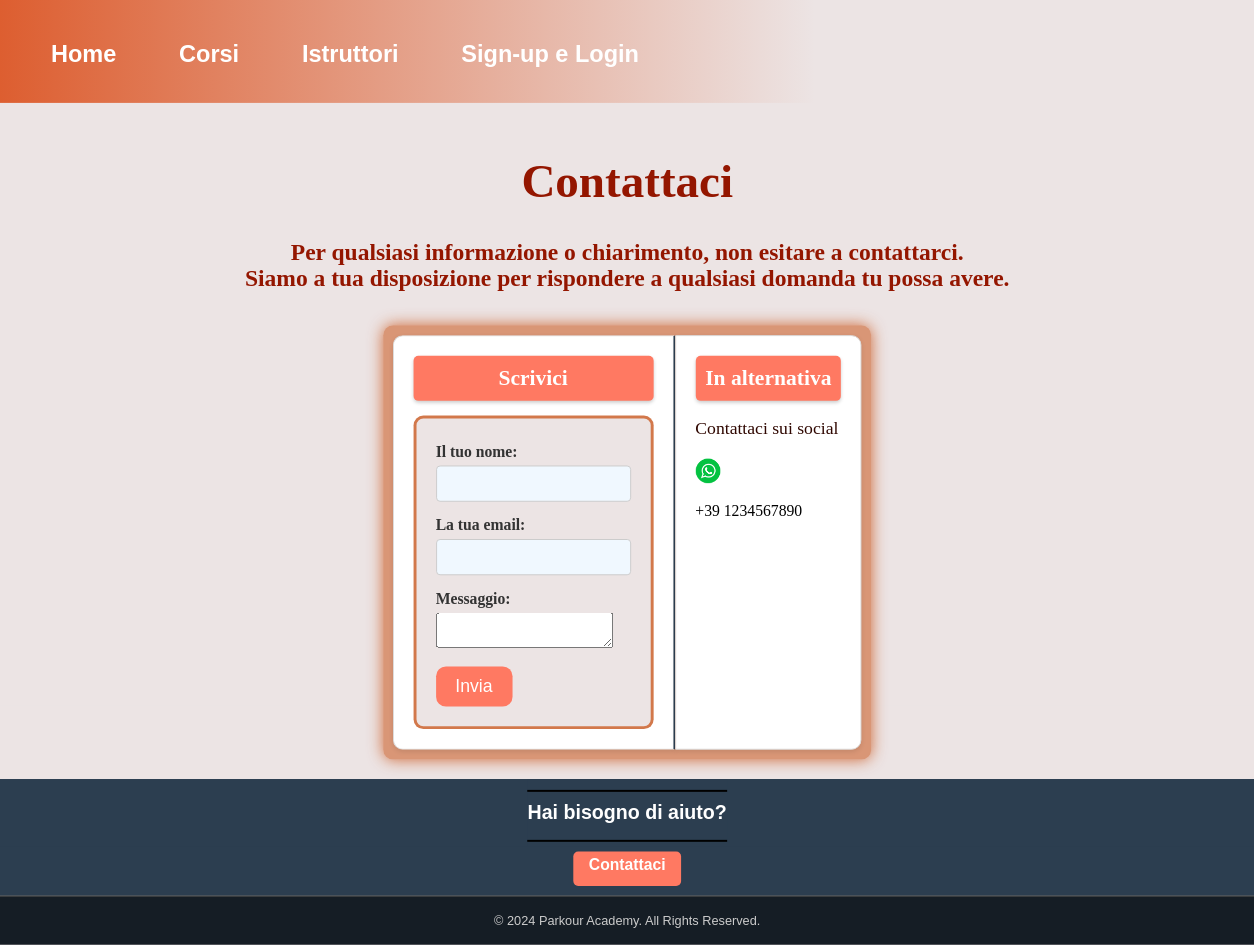
Repository: GiuuGpEEp/TerzoAnnoUni
Page: http://localhost/ContactUs/contact.php
An editor plug-in stored every save of this project. The page is shown before and after the next save, followed by the edit.
The browser window is 1280 px wide. The pictures show the whole page, at 98% of full size.
The page is run by PHP 8.4 with error messages shown; the project is at /var/www/html/.

Above is the page before, as saved 2025-01-13 15:43:03.

After the next save:
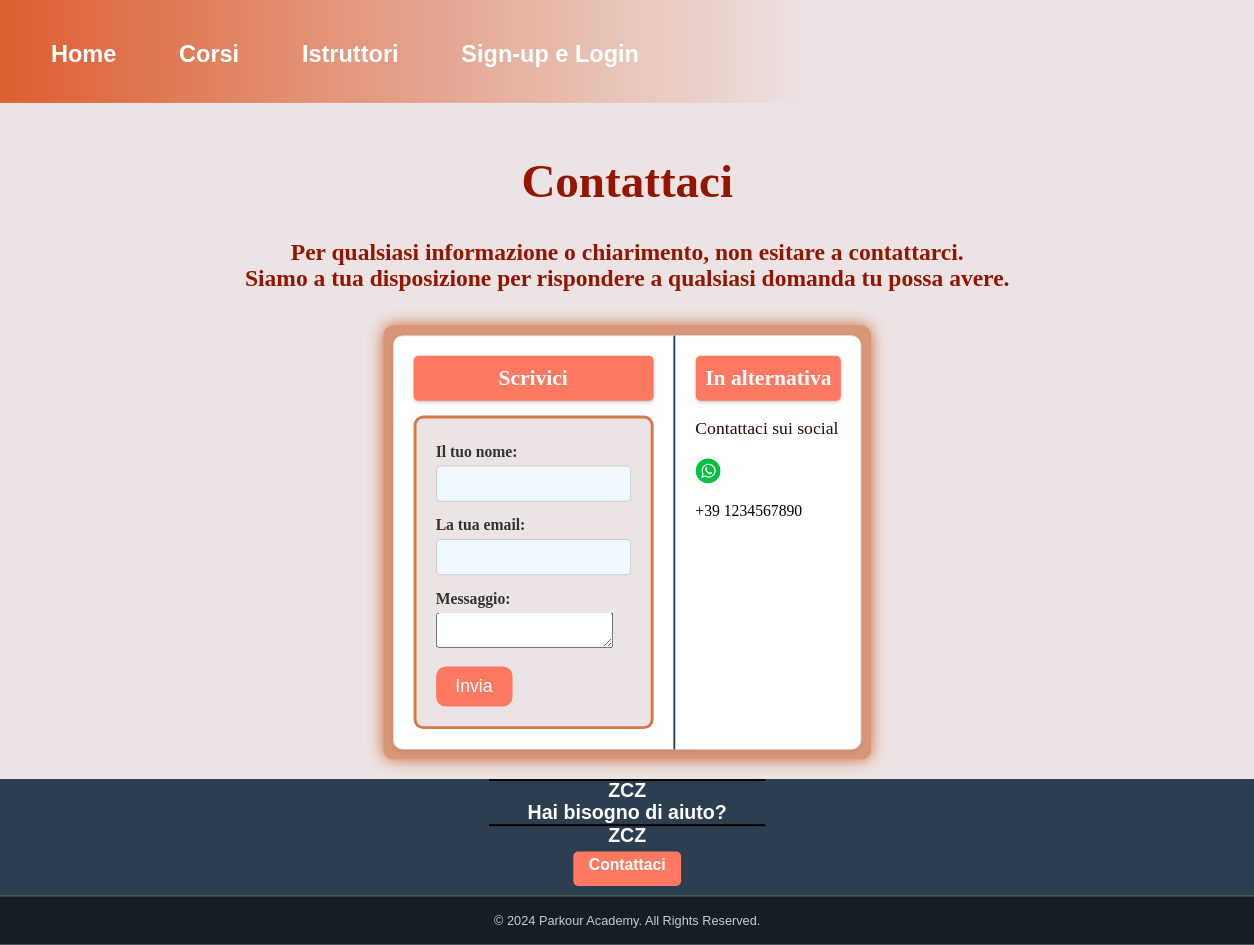
Saved 31 min 17 s later.
--- a/SAW/Esercizi/Progetto/Footer/footer.php
+++ b/SAW/Esercizi/Progetto/Footer/footer.php
@@ -38,7 +38,7 @@
     }
 
     #footerTitle::before, #footerTitle::after {
-        content: "";
+        content: "ZCZ";
         display: inline-block;
         width: 100%;
         height: 2px;

After the save that followed:
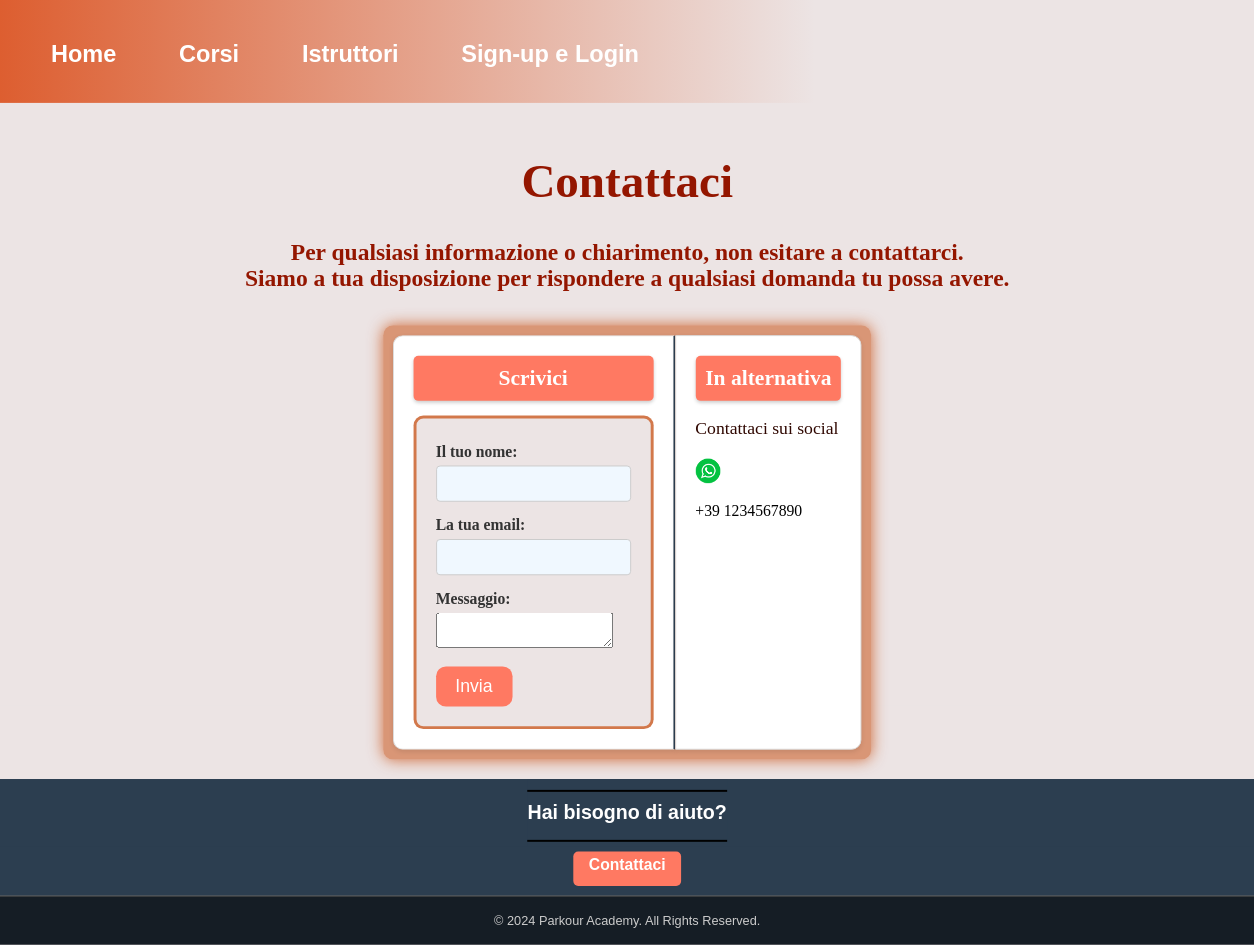
Saved 4 s later.
--- a/SAW/Esercizi/Progetto/Footer/footer.php
+++ b/SAW/Esercizi/Progetto/Footer/footer.php
@@ -38,7 +38,7 @@
     }
 
     #footerTitle::before, #footerTitle::after {
-        content: "ZCZ";
+        content: "";
         display: inline-block;
         width: 100%;
         height: 2px;
